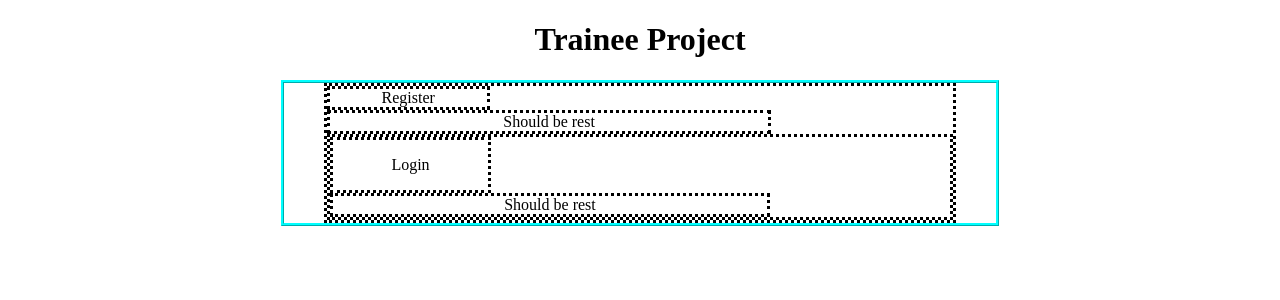
Repository: LsCodeMaster/Training
Page: Trainee/WebContent/trainee.html
The author's editor kept a copy of each file at every save. The page is drawn from the files as they stood at one save, then again after the next save.
The browser window is 1280 px wide. The pictures show the whole page.

Above is the page before, as saved 2015-09-15 10:05:14.

### Trainee/WebContent/trainee.html
<!DOCTYPE html>
<html>
<head>
<meta charset="ISO-8859-1">
<title>Trainee Project</title>
<link type = "text/css" href="css/style.css" rel="stylesheet">
</head>
<body>
	<h1>Trainee Project</h1>
	<div class="centeredBox">
		<div class="border">
			<div class="loginType">
				Register
			</div>
			<div class="loginInfo">
				Should be rest
			</div>
		<div>
			<div class="loginType">
				<p>Login</p>
			</div>
			<div class="loginInfo">
				Should be rest
			</div>
		</div>
	</div>
</body>
</html>

### Trainee/WebContent/css/style.css
.centeredBox{
    margin: auto;
	border-style: ridge;
	border-color: aqua;
	width: 50%;
	padding: 40 px;
	padding-left: 40px;
	padding-right: 40px;
	overflow: hidden;
}
.centeredBox div{
	border-style: dotted;
	text-align: center;
}
.loginType{
	width: 25%;
}
.loginInfo{
	width:70%;
}
h1{
    text-align: center;
}
.border{
	border-style: dotted;
}

After the next save:
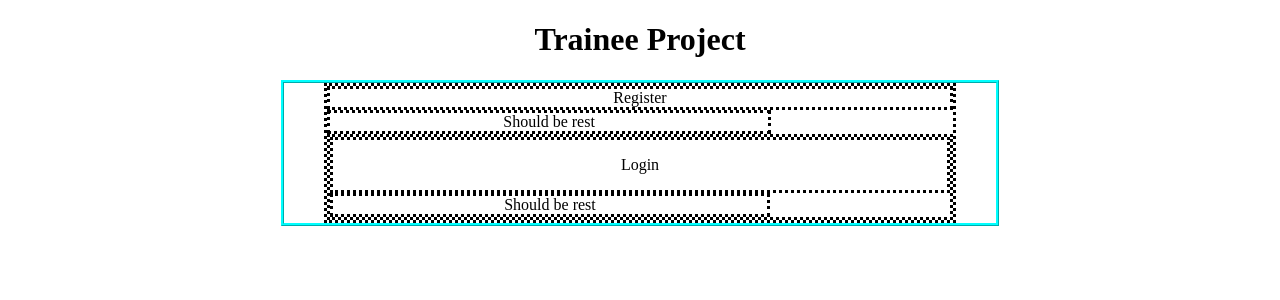
Saved 56 s later.
--- a/Trainee/WebContent/css/style.css
+++ b/Trainee/WebContent/css/style.css
@@ -13,9 +13,11 @@
 	text-align: center;
 }
 .loginType{
+	float: left
 	width: 25%;
 }
 .loginInfo{
+	overflow: hidden;
 	width:70%;
 }
 h1{
